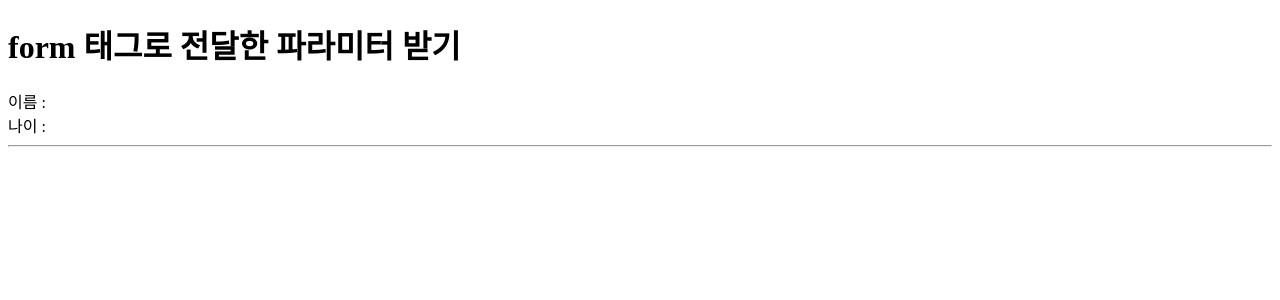
Repository: leechanggyu1118/JSTL_JAVA-WEB_-
Page: http://localhost/jstl_study/step-4.jsp
These files come from the project's save history. The page is drawn as it stood at one moment and after the next save; the edit follows.
The browser window is 1280 px wide. The pictures show the whole page.
The page is served by Tomcat 9.

Above is the page before, as saved 2024-04-11 03:35:04.

After the next save:
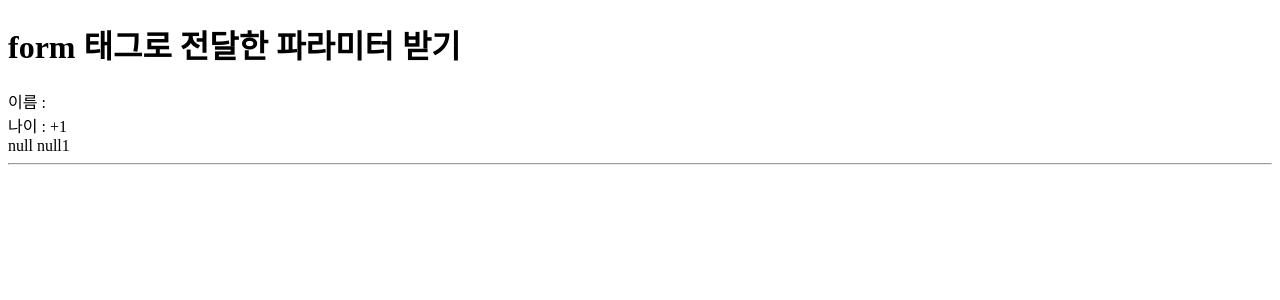
Saved 94 s later.
--- a/jstl_study/src/main/webapp/step-4.jsp
+++ b/jstl_study/src/main/webapp/step-4.jsp
@@ -11,7 +11,14 @@
 <h1>form 태그로 전달한 파라미터 받기</h1>
 
 이름 : ${param.name } <br>
-나이 : ${param.age } <br>
+나이 : ${param.age }+1 <br>
+
+<!-- 스플립틀릿 방식으로 파라미터 가져오기  -->
+<%= request.getParameter("name")  %>
+<%= request.getParameter("age")+1 %>
+
+
+
 
 <!-- c:if이용하여 나이가 18세 이하이면 미성년자 입니다. 라고 출력  -->
 
@@ -21,5 +28,6 @@
 
 <hr>
 
+
 </body>
 </html>
